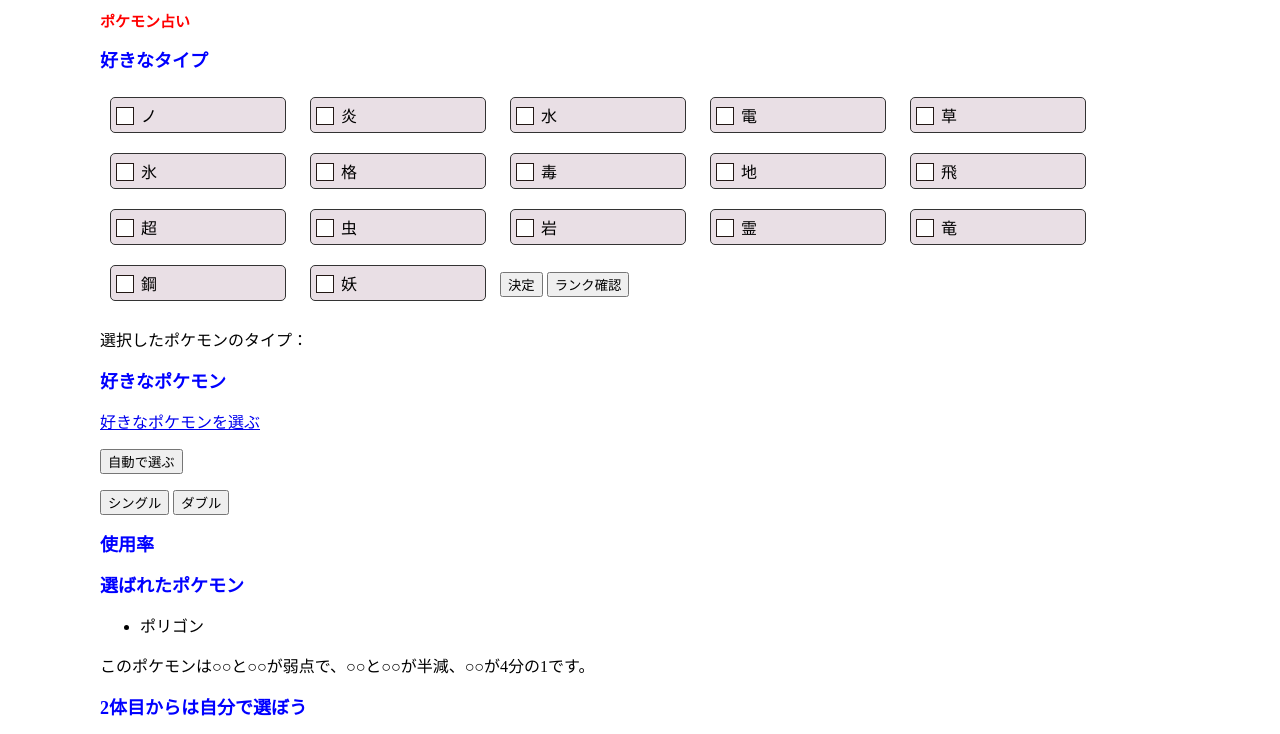
Repository: KustomApe/ksie
Page: index.html
An editor plug-in stored every save of this project. The page is shown before and after the next save, followed by the edit.
The browser window is 1280 px wide. The pictures show the whole page.
After loading, the first visible `input[onclick="pickPokemon()"]` was clicked once.

Above is the page before, as saved 2021-01-22 17:27:00.

### index.html
<!DOCTYPE html>
<html lang="ja">
<head>
    <meta charset="UTF-8">
    <meta name="viewport" content="width=device-width, initial-scale=1.0">
    <title>ポケモン占い</title>
    <link rel="stylesheet" type="text/css" href="./assets/css/style.css">
    <script type="text/javascript" src="./assets/js/uranai.js"></script>
</head>
<body>
    <div id="wrap">
    <h1>ポケモン占い</h1>
    <h2>好きなタイプ</h2>
    <form id="type_form" action="#" name="type_form">
        <input type="checkbox" id="01-A" name="types" value="ノ">
        <label for="01-A" class="types">ノ</label>
        <input type="checkbox" id="02-A" name="types" value="炎">
        <label for="02-A" class="types">炎</label>
        <input type="checkbox" id="03-A" name="types" value="水">
        <label for="03-A" class="types">水</label>
        <input type="checkbox" id="04-A" name="types" value="電">
        <label for="04-A" class="types">電</label>
        <input type="checkbox" id="05-A" name="types" value="草">
        <label for="05-A" class="types">草</label>
        <input type="checkbox" id="06-A" name="types" value="氷">
        <label for="06-A" class="types">氷</label>
        <input type="checkbox" id="07-A" name="types" value="格">
        <label for="07-A" class="types">格</label>
        <input type="checkbox" id="08-A" name="types" value="毒">
        <label for="08-A" class="types">毒</label>
        <input type="checkbox" id="09-A" name="types" value="地">
        <label for="09-A" class="types">地</label>
        <input type="checkbox" id="10-A" name="types" value="飛">
        <label for="10-A" class="types">飛</label>
        <input type="checkbox" id="11-A" name="types" value="超">
        <label for="11-A" class="types">超</label>
        <input type="checkbox" id="12-A" name="types" value="虫">
        <label for="12-A" class="types">虫</label>
        <input type="checkbox" id="13-A" name="types" value="岩">
        <label for="13-A" class="types">岩</label>
        <input type="checkbox" id="14-A" name="types" value="霊">
        <label for="14-A" class="types">霊</label>
        <input type="checkbox" id="15-A" name="types" value="竜">
        <label for="15-A" class="types">竜</label>
        <input type="checkbox" id="16-A" name="types" value="鋼">
        <label for="16-A" class="types">鋼</label>
        <input type="checkbox" id="17-A" name="types" value="妖">
        <label for="17-A" class="types">妖</label>
        <input type="button" onClick="taipu()" value="決定">
        <input type="button" onClick="pokemonLists()" value="ランク確認">
    </form>
    <p>選択したポケモンのタイプ：<span id="display_types"></span></p>
    <h2>好きなポケモン</h2>
    <p><a href="./select_pokemon.html">好きなポケモンを選ぶ</a></p>
    <form><input type="button" value="自動で選ぶ" onClick="pickPokemon()"></form>
    <p id='pokemon_elect'></p>
    <button>シングル</button>
    <button>ダブル</button>
    <h2>使用率</h2>
    <h2>選ばれたポケモン</h2>
    <ul>
        <li>ポリゴン</li>
    </ul>
    <p>このポケモンは○○と○○が弱点で、○○と○○が半減、○○が4分の1です。</p>
    <h2>2体目からは自分で選ぼう</h2>
</div>
</body>
</html>

### assets/css/style.css
@charset "utf-8";

body {
    display: block;
    margin: 0 auto;
    width: 1080px;
}

div#wrap {
    display: block;
    margin: 0 auto;
    width: 1080px;
}

h1 {
    color: red;
    font-size: 15px;
}

h2 {
    color: blue;
    font-size: large;
}

ul.taipu {
    margin: 100px;
}

/* ul.taipu li {
    margin: 10px;
    list-style: none;
    float: left;
    width: 105px;
    border: solid 1px #333333;
    border-radius: 5px;
    padding: 5px;
    /* background-color: #e9dfe5; */

label {
    display: block;
}

/* チェックボックス01 */
input[type=checkbox] {
    display: none;
}
.types {
    margin: 10px;
    list-style: none;
    width: 105px;
    border: solid 1px #333333;
    border-radius: 5px;
    padding: 5px;
    background-color: #e9dfe5;
    box-sizing: border-box;
    cursor: pointer;
    display: inline-block;
    padding: 5px 30px;
    position: relative;
    width: 11rem;
}
.types::before {
    background: #fff;
    border: 1px solid #231815;
    content: '';
    display: block;
    height: 16px;
    left: 5px;
    margin-top: -8px;
    position: absolute;
    top: 50%;
    width: 16px;
}
.types::after {
    border-right: 3px solid red;
    border-bottom: 3px solid red;
    content: '';
    display: block;
    height: 9px;
    left: 10px;
    margin-top: -7px;
    opacity: 0;
    position: absolute;
    top: 50%;
    transform: rotate(45deg);
    width: 5px;
}
input[type=checkbox]:checked + .types::after {
    opacity: 1;
}

.clearfix::after {
    content: "";
    display: block;
    clear: both;
}

### assets/js/uranai.js
let pokemons = {
    1: "サンダー",
    2: "エースバーン",
    3: "ミミッキュ",
    4: "カプ・レヒレ",
    5: "ランドロス",
    6: "ポリゴン２",
    7: "ウーラオス",
    8: "ドラパルト",
    9: "カバルドン",
    10: "ゴリランダー",
    11: "ウーラオス",
    12: "カイリュー",
    13: "ウツロイド",
    14: "ナットレイ",
    15: "テッカグヤ",
    16: "ウオノラゴン",
    17: "バンギラス",
    18: "ドリュウズ",
    19: "カミツルギ",
    20: "ブリザポス",
    21: "ドヒドイデ",
    22: "ラグラージ",
    23: "ラプラス",
    24: "レジエレキ",
    25: "ガブリアス",
    26: "ヒードラン",
    27: "フェローチェ",
    28: "アーゴヨン",
    29: "クレセリア",
    30: "ボルトロス",
    31: "ファイヤー",
    32: "バシャーモ",
    33: "パッチラゴン",
    34: "ドサイドン",
    35: "ボーマンダ",
    36: "オーロンゲ",
    37: "ロトム",
    38: "ジバコイル",
    39: "メタグロス",
    40: "ギャラドス",
    41: "ヤドキング",
    42: "カプ・コケコ",
    43: "キュウコン",
    44: "ヒヒダルマ",
    45: "マンムー",
    46: "カプ・テテフ",
    47: "ロトム",
    48: "ウインディ",
    49: "ピクシー",
    50: "エルフーン",
    51: "エアームド",
    52: "トゲキッス",
    53: "ラッキー",
    54: "スイクン",
    55: "マリルリ",
    56: "カプ・ブルル",
    57: "ラティオス",
    58: "ハッサム",
    59: "カビゴン",
    60: "ライコウ",
    61: "ハピナス",
    62: "リザードン",
    63: "アーマーガア",
    64: "ラティアス",
    65: "ヌオー",
    66: "パルシェン",
    67: "アシレーヌ",
    68: "サニーゴ",
    69: "ボルトロス",
    70: "ギルガルド",
    71: "ニンフィア",
    72: "ブリムオン",
    73: "ガオガエン",
    74: "トリトドン",
    75: "パッチルドン",
    76: "ルカリオ",
    77: "ミロカロス",
    78: "ファイヤー",
    79: "サンダー",
    80: "ガマゲロゲ",
    81: "マッシブーン",
    82: "ゲンガー",
    83: "ヌメルゴン",
    84: "ナマコブシ",
    85: "カメックス",
    86: "マニューラ",
    87: "ガラガラ",
    88: "インテレオン",
    89: "ランクルス",
    90: "レイスポス",
    91: "メタモン",
    92: "エーフィ",
    93: "ユクシー",
    94: "シャンデラ",
    95: "デンジュモク",
    96: "サザンドラ",
    97: "ウルガモス",
    98: "エンテイ",
    99: "ポットデス",
    100: "ルガルガン",
    101: "ツンデツンデ",
    102: "ブラッキー",
    103: "ズガドーン",
    104: "レジロック",
    105: "コータス",
    106: "サーナイト",
    107: "ボスゴドラ",
    108: "レジアイス",
    109: "クレッフィ",
    110: "フシギバナ",
    111: "ランターン",
    112: "グレイシア",
    113: "ゴチルゼル",
    114: "ゾロアーク",
    115: "オノノクス",
    116: "マタドガス",
    117: "ペンドラー",
    118: "マホイップ",
    119: "ユレイドル",
    120: "ニドキング",
    121: "タチフサグマ",
    122: "コオリッポ",
    123: "シャワーズ",
    124: "トルネロス",
    125: "エレキブル",
    126: "フリーザー",
    127: "キングドラ",
    128: "サンダース",
    129: "ホルード",
    130: "バイバニラ",
    131: "クレベース",
    132: "ギガイアス",
    133: "トルネロス",
    134: "ブルンゲル",
    135: "キリキザン",
    136: "ポリゴンＺ",
    137: "ドラピオン",
    138: "ストリンダー",
    139: "シザリガー",
    140: "キュワワー",
    141: "ニャオニクス",
    142: "レジドラゴ",
    143: "アイアント",
    144: "バンバドロ",
    145: "ロトム",
    146: "ヤドラン",
    147: "ジュラルドン",
    148: "ヤドラン",
    149: "ガチゴラス",
    150: "アマルルガ",
};

function docReady(fn) {
    // see if DOM is already available
    if (document.readyState === "complete" || document.readyState === "interactive") {
        // call on next available tick
        setTimeout(fn, 1);
    } else {
        document.addEventListener("DOMContentLoaded", fn);
    }
}

docReady(function checked() {
    var status = document.getElementsByClassName("types");
    console.log(status)
    if (status.checked == true) {
        console.log('checked');
    }
    else if (status.checked == false) {
        console.log('unchecked')
    }
});

function uranai() {
    rand = Math.floor(Math.random()*100);
    console.log(rand)
    elect = 'サンダー'
    if (rand > 9) elect = "ランドロス"; //10～29（20%）
    if (rand > 29) elect = "カプ・レヒレ"; //30～49（20%）
    if (rand > 49) elect = "ボルトロス"; //50～69(20%)
	if (rand > 69) elect = "ミミッキュ"; //70～89（20%）
	if (rand > 89) elect = "エースバーン"; //90～99（10%）
    console.log(elect);
    para = document.getElementById('pokemon_elect');
    para.innerHTML = elect;
};

function taipu() {
    const arrType = [];
    const types = document.type_form.types;

    for (let i = 0; i < types.length; i++) {
        if(types[i].checked) {
            arrType.push(" " + types[i].value);
        }
    }
    console.log(arrType)
    document.getElementById("display_types").textContent = arrType;
    // タイプのデータを取ってくる
    // タイプの中身をコンソールログに出す
    // 占うボタンをクリック
    // 該当するポケモンが4体以上150位以内の中にいた場合は占う
    // 3体以下なら警告を出す
    // console.log("ポケモンゲットだぜ！")
};

function pokemonLists() {
    for (let key in pokemons) {
        console.log(key + '位は' + pokemons[key]);
    }
};

function pickPokemon() {
    const pokemon = [];
    for (let key in pokemons) {
        pokemon.push(pokemons[key])
    }
    const random = Math.floor(Math.random() * pokemon.length);
    console.log(pokemon[random]);
};

After the next save:
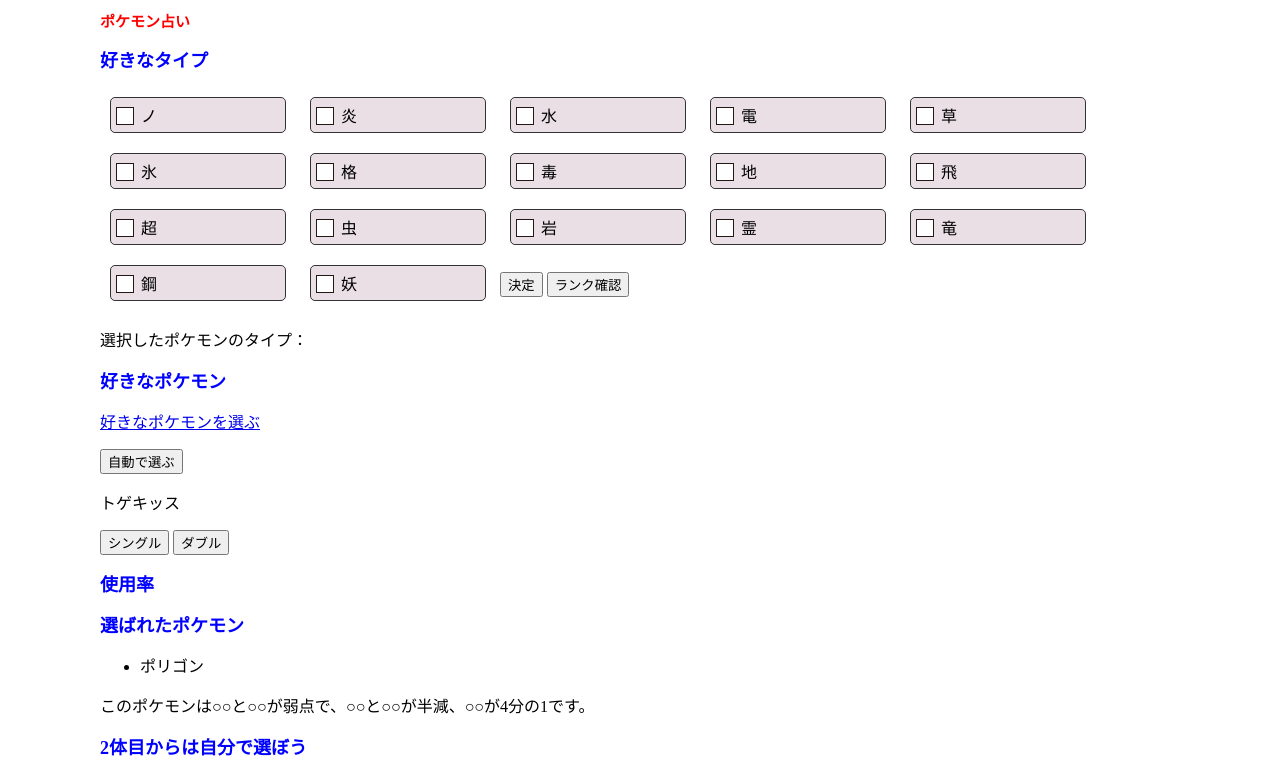
Saved 59 s later.
--- a/assets/js/uranai.js
+++ b/assets/js/uranai.js
@@ -218,4 +218,6 @@
     }
     const random = Math.floor(Math.random() * pokemon.length);
     console.log(pokemon[random]);
-};
+    para = document.getElementById('pokemon_elect');
+    para.innerHTML = pokemon[random];
+};
